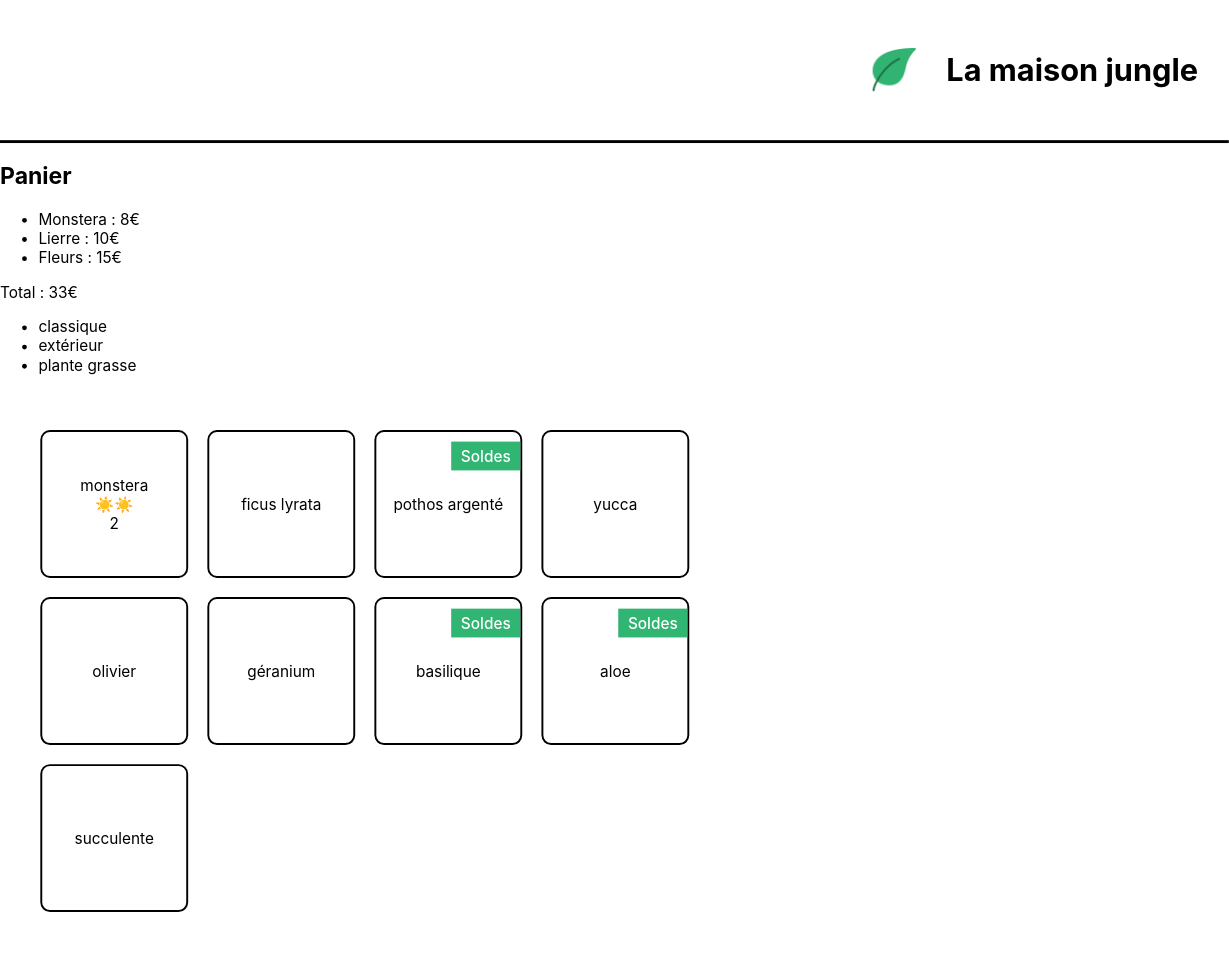
Repository: massndongo/la-maison-junglee
Page: /
An editor plug-in stored every save of this project. The page is shown before and after the next save, followed by the edit.
The browser window is 1280 px wide. The pictures show the whole page, at 96% of full size.
The project was rebuilt for these pictures with package versions that can differ from the ones it lists, and the page was loaded fresh each time.

Above is the page before, as saved 2023-03-27 23:48:46.

### src/components/App.js
import Banner from './Banner'
import Cart from './Cart'
import ShoppingList from './ShoppingList'

function App() {
    return <div><Banner /><Cart /><ShoppingList /></div>
}

export default App

### src/components/Banner.js
import logo from '../assets/logo.png'
import '../styles/Banner.css'

function Banner() {
    const title = 'La maison jungle'
    return (
        <div className='lmj-banner'>
            <img src={logo} alt='La maison jungle' className='lmj-logo' />
            <h1 className='lmj-title'>{title}</h1>
        </div>
    )
}

export default Banner

### src/components/Cart.js
function Cart() {
    const monsteraPrice = 8
    const ivyPrice = 10
    const flowerPrice = 15
    return (<div>
        <h2>Panier</h2>
        <ul>
        <li>Monstera : {monsteraPrice}€</li>
         <li>Lierre : {ivyPrice}€</li>
         <li>Fleurs : {flowerPrice}€</li>
        </ul>
          Total : {monsteraPrice + ivyPrice + flowerPrice }€
          </div>)
    }

export default Cart

### src/components/ShoppingList.js
import { plantList } from '../datas/plantList'
import '../styles/ShoppingList.css'
import CareScale from './CareScale'

function ShoppingList() {
	const categories = plantList.reduce(
		(acc, plant) =>
			acc.includes(plant.category) ? acc : acc.concat(plant.category),
		[]
	)

	return (
		<div>
			<ul>
				{categories.map((cat) => (
					<li key={cat}>{cat}</li>
				))}
			</ul>
			<ul className='lmj-plant-list'>
				{plantList.map((plant) => (
					<li key={plant.id} className='lmj-plant-item'>
                        {plant.name}
						<CareScale scaleValue={plant.light} />
						{plant.light}
                        {plant.isSpecialOffer && <div className='lmj-sales'>Soldes</div>}
                    </li>
				))}
			</ul>
		</div>
	)
}

export default ShoppingList

### src/datas/plantList.js
export const plantList = [
	{
		name: 'monstera',
		category: 'classique',
		id: '1ed',
		water: 1,
		light: 2
	},
	{
		name: 'ficus lyrata',
		category: 'classique',
		id: '2ab'
	},
	{
		name: 'pothos argenté',
		category: 'classique',
		id: '3sd',
		isSpecialOffer: true
	},
	{
		name: 'yucca',
		category: 'classique',
		id: '4kk'
	},
	{
		name: 'olivier',
		category: 'extérieur',
		id: '5pl'
	},
	{
		name: 'géranium',
		category: 'extérieur',
		id: '6uo'
	},
	{
		name: 'basilique',
		category: 'extérieur',
		id: '7ie',
		isSpecialOffer: true
	},
	{
		name: 'aloe',
		category: 'plante grasse',
		id: '8fp',
		isSpecialOffer: true
	},
	{
		name: 'succulente',
		category: 'plante grasse',
		id: '9vn'
	}
]

### src/components/CareScale.js
function CareScale(props) {
    const scaleValue = props.scaleValue

    const range = [1, 2, 3]

    return (
        <div>
            {range.map((rangeElem) =>
                scaleValue >= rangeElem ? <span key={rangeElem.toString()}>☀️</span> : null
            )}
        </div>
    )
}
export default CareScale

Loaded but not shown: public/index.html (common file); src/index.js (common file); src/styles/index.css (common file); src/reportWebVitals.js (common file); src/styles/Banner.css (common file); src/styles/ShoppingList.css (common file)

After the next save:
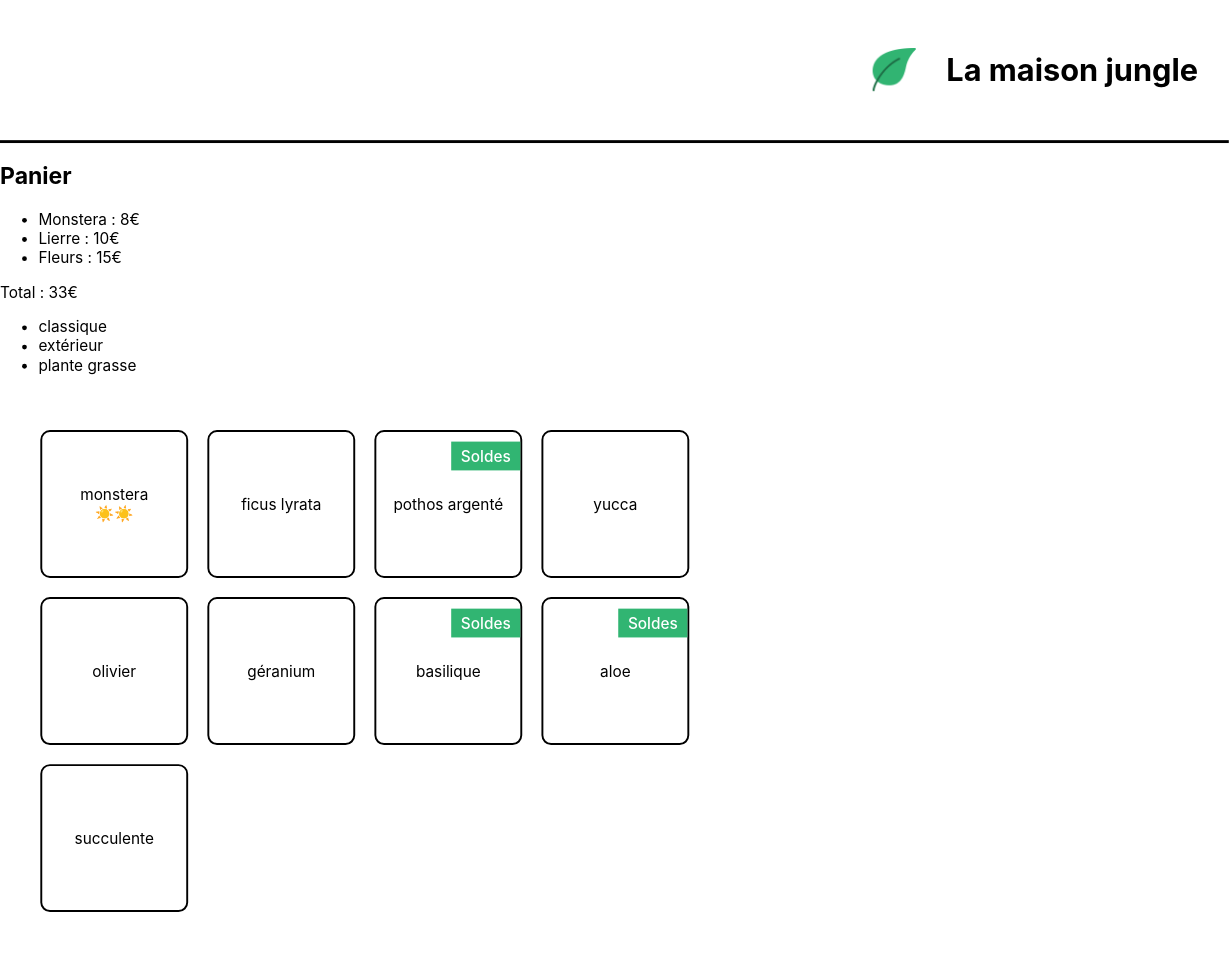
Saved 9 s later.
--- a/src/components/ShoppingList.js
+++ b/src/components/ShoppingList.js
@@ -21,7 +21,6 @@ function ShoppingList() {
 					<li key={plant.id} className='lmj-plant-item'>
                         {plant.name}
 						<CareScale scaleValue={plant.light} />
-						{plant.light}
                         {plant.isSpecialOffer && <div className='lmj-sales'>Soldes</div>}
                     </li>
 				))}
